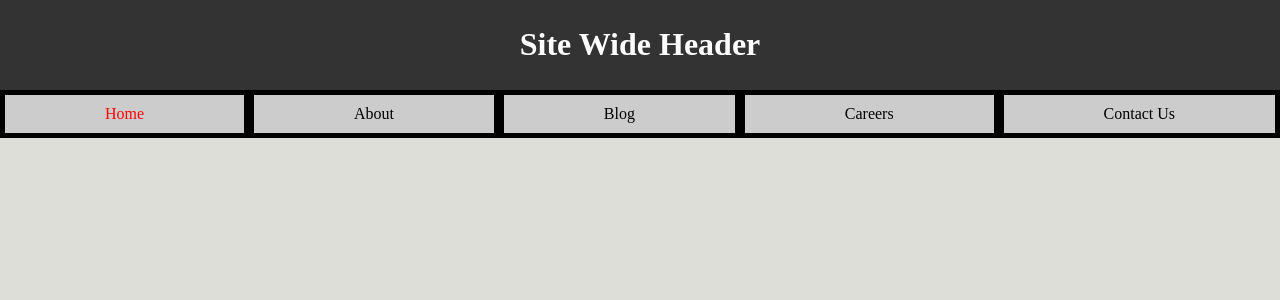
Repository: ayeza-baseer/AssignmentFlexbox
Page: assignment.html
An editor plug-in stored every save of this project. The page is shown before and after the next save, followed by the edit.
The browser window is 1280 px wide. The pictures show the whole page.
The pointer rests on the first visible `.navbar a`.

Above is the page before, as saved 2023-03-17 14:04:55.

### assignment.html
<!DOCTYPE html>
<html lang="en">
<head>

    <link rel="stylesheet" href="assignment.css">


</head>
<body>
<div>
    <header class="header"><h1>
        Site Wide Header
    </h1></header>
    <div class="navbar">
        <a href="#">Home</a>
        <a href="#">About</a>
        <a href="#">Blog</a>
        <a href="#">Careers</a>
        <a href="#">Contact Us</a>
      </div>


</div>

</body>
</html>

### assignment.css
.header{
    padding: 5px;
    background-color: #333;
	 color: #ccc;

    text-align: center;

    color: white;
}

body{
    margin:0;
    background-color: #deded8;
}

.navbar {
    display: flex;
    background-color: black
  }

  .navbar a {
    color: black;

    background-color: #ccc;
    padding: 10px 12px;
    text-decoration: none;
    text-align: center;
    flex-grow:1;
    border: 5px solid black;
  }

  .navbar a:hover {
    color:red;
    border: 5px solid black;
  }

After the next save:
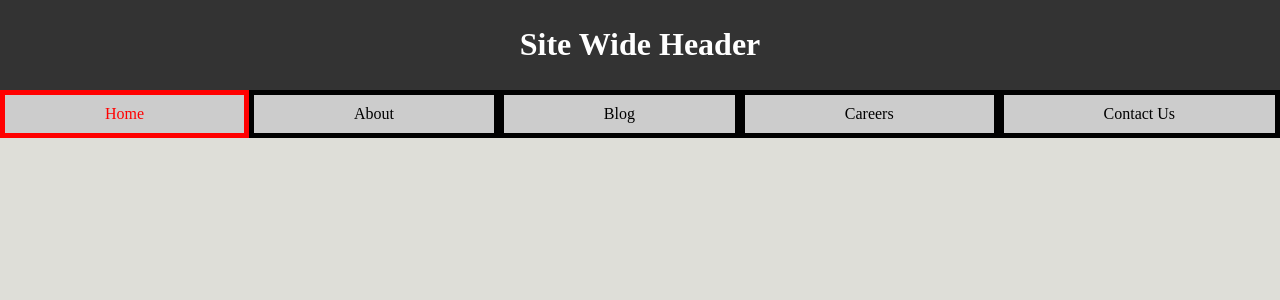
Saved 20 s later.
--- a/assignment.css
+++ b/assignment.css
@@ -31,5 +31,5 @@ body{
 
   .navbar a:hover {
     color:red;
-    border: 5px solid black;
+    border: 5px solid red;
   }
